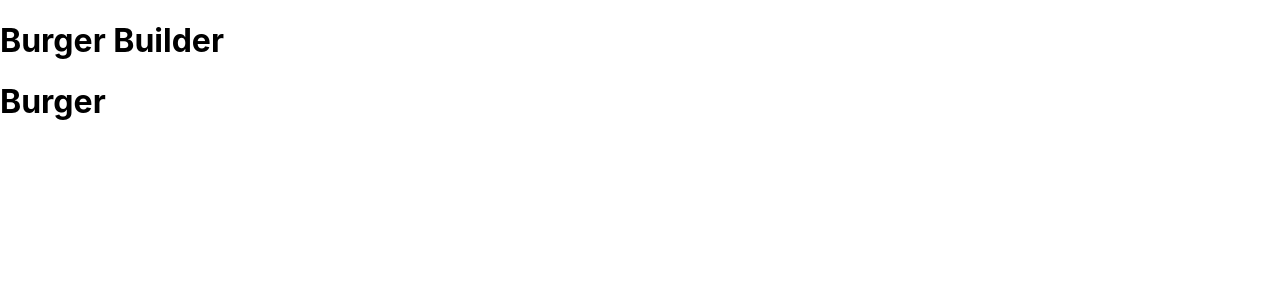
Repository: uditjain100/BurgerBuilder
Page: /
An editor plug-in stored every save of this project. The page is shown before and after the next save, followed by the edit.
The browser window is 1280 px wide. The pictures show the whole page.
The project was rebuilt for these pictures with package versions that can differ from the ones it lists, and the page was loaded fresh each time. Also part of the build but not shown: src/components/Layouts/Layout.css, src/App.css, src/components/Burger/Burger.css, src/components/Burger/BurgerIngredient/BurgerIngredient.css.

Above is the page before, as saved 2021-03-16 14:53:34.

After the next save:
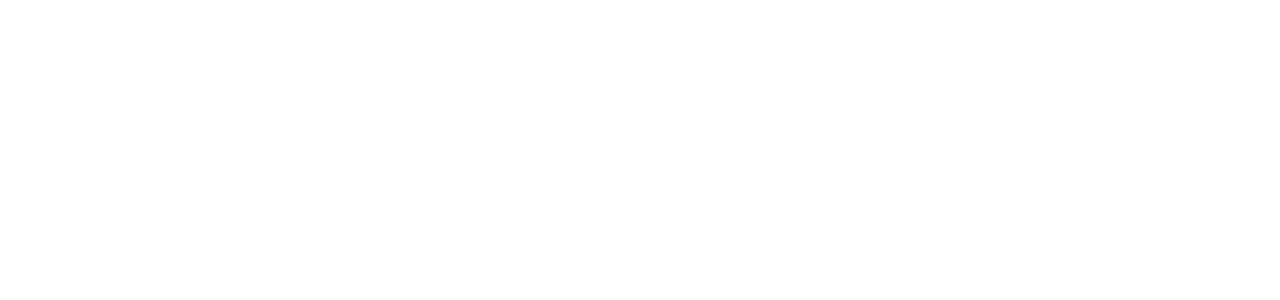
Console error: TypeError: Cannot read properties of undefined (reading 'push')
Saved 9 s later.
--- a/src/components/Burger/Burger.js
+++ b/src/components/Burger/Burger.js
@@ -8,7 +8,9 @@
       .map((_, i) => {
         return <BurgerIngredient key={igkey + i} type={igkey} />;
       })
-      .reduce((arr, el) => {}, []);
+      .reduce((arr, el) => {
+        arr.push(el);
+      }, []);
   });
 
   return (

After the 2 saves that followed:
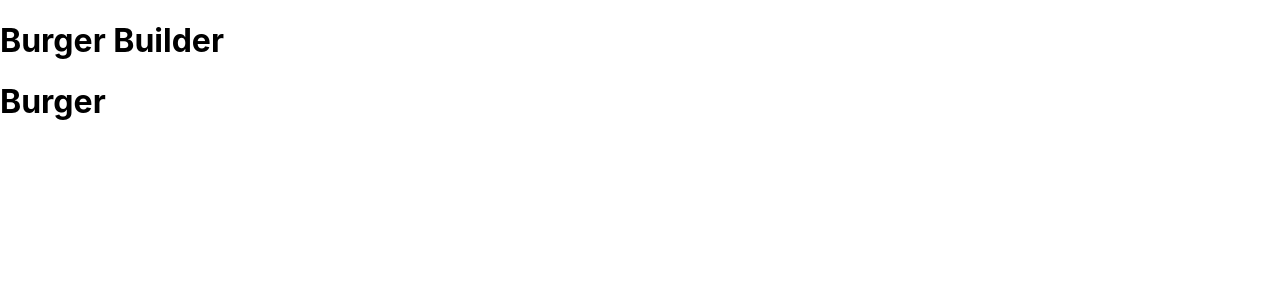
The error is gone.
The 2 saves are shown as one change because 1 left the picture as it was.
The last was saved 61 s later.
--- a/src/components/Burger/Burger.js
+++ b/src/components/Burger/Burger.js
@@ -9,7 +9,7 @@
         return <BurgerIngredient key={igkey + i} type={igkey} />;
       })
       .reduce((arr, el) => {
-        arr.push(el);
+        return arr.concat(el);
       }, []);
   });
 
